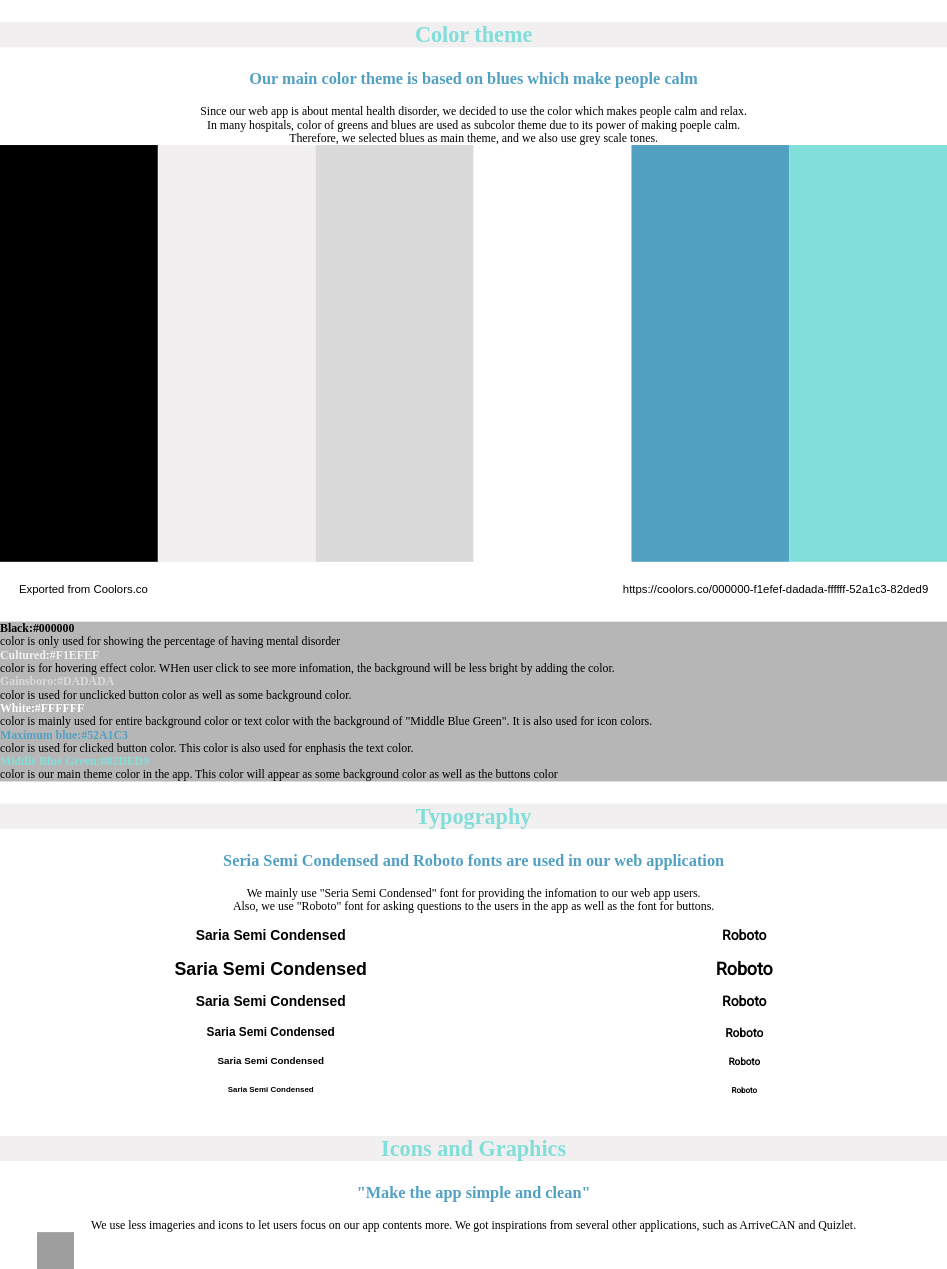
Repository: zzs1/style-guide
Page: style guide/Chisaki_styleGuide_part2/index.html
An editor plug-in stored every save of this project. The page is shown before and after a run of saves, followed by the edit.
The browser window is 1280 px wide. The pictures show the whole page, at 74% of full size.
Pictures or frames that could not be fetched are drawn as grey boxes. Some web fonts or font styles are not loaded; a fallback is used.

Above is the page before, as saved 2021-03-21 20:54:23.

After the next 2 saves:
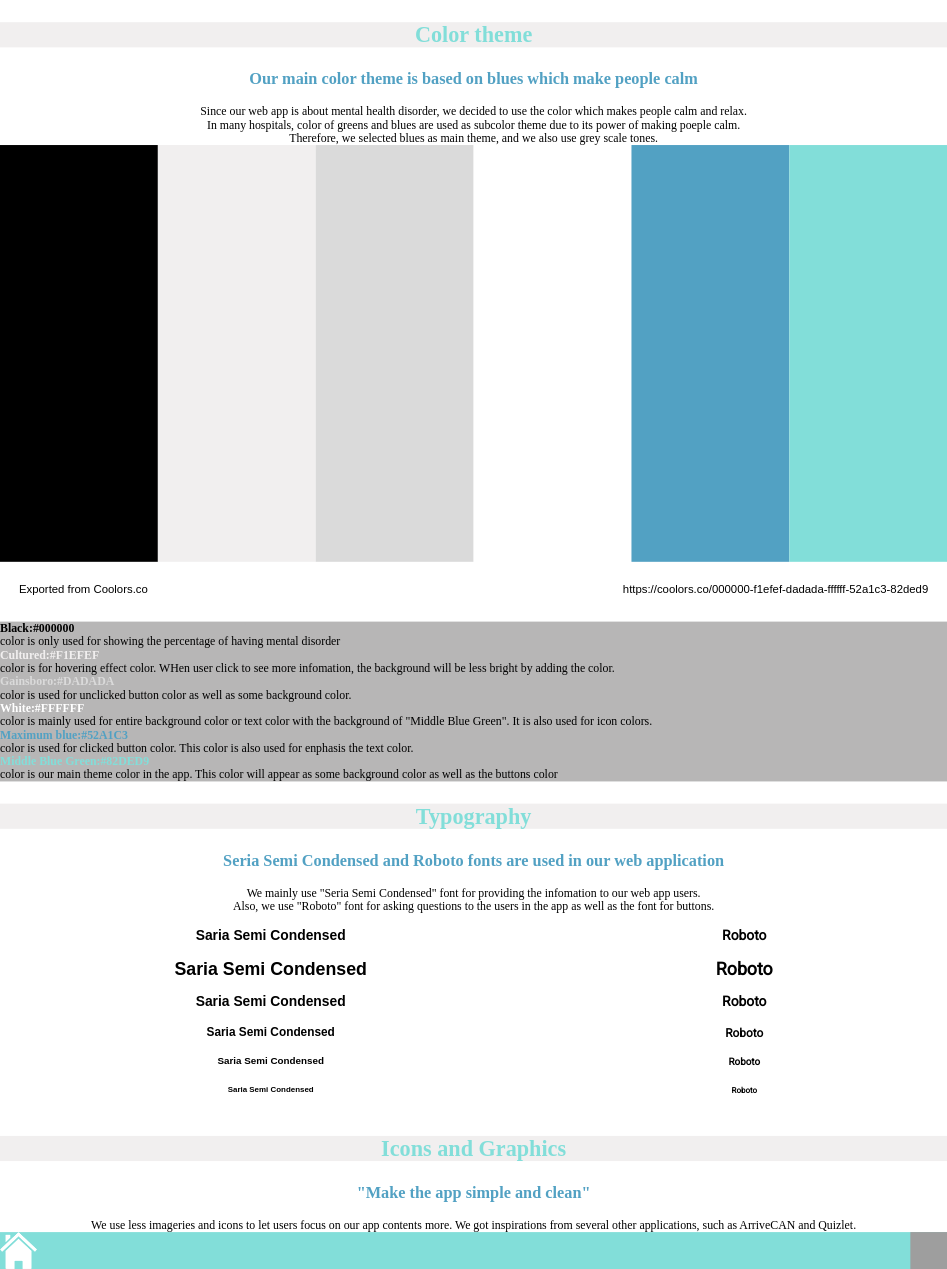
The 2 saves are shown as one change because they came seconds apart.
The last was saved 12 s later.
--- a/style guide/Chisaki_styleGuide_part2/style.css
+++ b/style guide/Chisaki_styleGuide_part2/style.css
@@ -30,6 +30,6 @@ p{
 }
 #iconbox {
   display:flex;
-  just
+  justify-content: space-between;
   background-color: #82DED9;
 }
